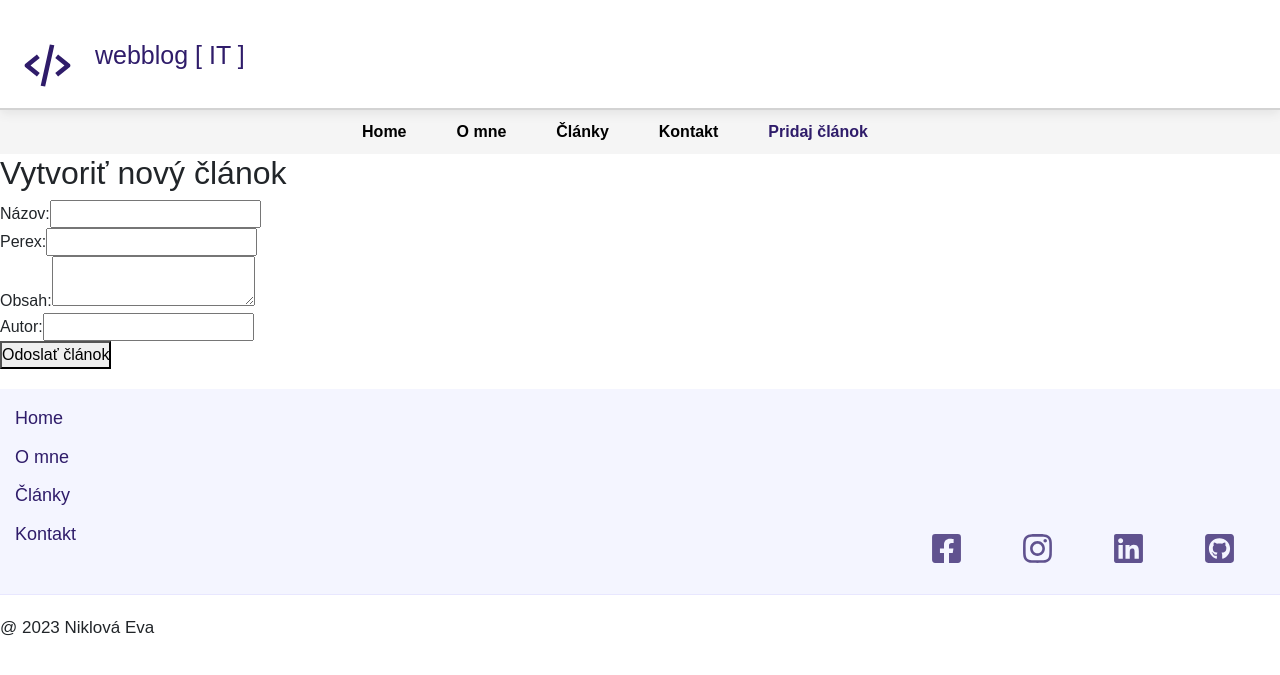
Repository: eniklova/github-bl
Page: /newarticel
An editor plug-in stored every save of this project. The page is shown before and after the next save, followed by the edit.
The browser window is 1280 px wide. The pictures show the whole page.
Some web fonts or font styles are not loaded; a fallback is used. The project was rebuilt for these pictures with package versions that can differ from the ones it lists, and the page was loaded fresh each time. Also part of the build but not shown: src/components/ArticleList.js, src/components/HeroSlider.css, src/components/HeroSlider.js, src/pages/Home.js, src/pages/Aboutme.js, src/pages/Articles.js, src/pages/Kontakt.js, src/pages/Error.js.

Above is the page before, as saved 2023-10-19 10:14:10.

### public/index.html
<!DOCTYPE html>
<html lang="cs">
<head>
    <meta charset="UTF-8">
    <meta http-equiv="X-UA-Compatible" content="IE=edge">
    <meta name="viewport" content="width=device-width, initial-scale=1.0">
    <link rel="stylesheet" href="https://use.typekit.net/ovu8btr.css">
    <title>Document</title>
</head>
<body>
    <div id="result">

    </div>
</body>
</html>

### src/index.js
import { createRoot } from 'react-dom/client';
import 'bootstrap/dist/css/bootstrap.min.css';

import './index.css';
import App from './App';


const container = document.getElementById('result')
const root = createRoot(container)
root.render(<App tab="home" />)

### src/App.js
import {BrowserRouter, Routes, Route} from "react-router-dom"
import Home from "./pages/Home"
import Aboutme from "./pages/Aboutme"
import Articles from "./pages/Articles"
import Kontakt from "./pages/Kontakt"
import Error from "./pages/Error"
import NewArticel from "./pages/NewArticel"
import SharedLayout from "./pages/SharedLayout"
import ArticleList from "./components/ArticleList"



const App = () =>  {
  return  <BrowserRouter>
    <Routes>

      <Route path="/" element={ <SharedLayout /> } >
        <Route index element={ <Home /> }  />
        <Route path="/aboutme" element={ <Aboutme /> } />
        <Route path="/articles" element={ <Articles />} />
        <Route path="/all-articles/:articleID" element={ <ArticleList />} />
        <Route path="/kontakt" element={ <Kontakt />} />
        <Route path="/newarticel" element={ <NewArticel />} />

        <Route path="*" element={ <Error /> }/>
      </Route>

    </Routes>
  </BrowserRouter>
}

export default App

### src/pages/NewArticel.js
import React from 'react';
import ArticleForm from '../components/ArticleForm';

function NewArticle() {
  return (
    <div>
      <ArticleForm/>
    </div>
  );
}

export default NewArticle;

### src/pages/SharedLayout.js
import { Outlet } from "react-router-dom";
import Navbar from "../components/Navbar";
import Footer from "../components/Footer";


const SharedLayout = () => {
  return <>
        <Navbar/>
        <Outlet/>
        <Footer/>
    </>
 }

export default SharedLayout

### src/components/ArticleForm.js
import React, { useState } from "react";
import { createArticle } from "../services/api";
import { syncArticleWithCategories } from "../services/api";

function ArticleForm() {
  const initialFormData = {
    title: "",
    perex: "",
    content: "",
    author: "",
  };
  const [formData, setFormData] = useState({ ...initialFormData });
  const [submitMessage, setSubmitMessage] = useState("");
  const [isSubmitted, setIsSubmitted] = useState(false);

  const handleChange = (e) => {
    const { name, value } = e.target;
    setFormData({
      ...formData,
      [name]: value,
    });
  };

  const handleSubmit = async (e) => {
    e.preventDefault();

    console.log("Dáta z formulára:", formData);

    try {
      const createdArticle = await createArticle(formData);
      setSubmitMessage("Článok bol úspešne odoslaný!");
      setIsSubmitted(true);
      setFormData({ ...initialFormData });

      // Teraz môžete synchronizovať článok s konkrétnymi kategóriami
      const articleId = createdArticle.id;
      const categoryIds = [1, 2, 3];  // Zmeňte podľa vašich potrieb
      await syncArticleWithCategories(articleId, categoryIds);
    } catch (error) {
      console.error("Chyba pri vytváraní článku:", error);
      setSubmitMessage("Chyba pri odosielaní článku");
    }
  }

  return (
    <div>
      <h2>Vytvoriť nový článok</h2>
      <form onSubmit={handleSubmit}>
        <div>
          <label htmlFor="title">Názov:</label>
          <input
            type="text"
            id="title"
            name="title"
            value={formData.title}
            onChange={handleChange}
          />
        </div>
        <div>
          <label htmlFor="perex">Perex:</label>
          <input
            type="text"
            id="perex"
            name="perex"
            value={formData.perex}
            onChange={handleChange}
          />
        </div>
        <div>
          <label htmlFor="content">Obsah:</label>
          <textarea
            id="content"
            name="content"
            value={formData.content}
            onChange={handleChange}
          />
        </div>
        <div>
          <label htmlFor="author">Autor:</label>
          <input
            type="text"
            id="author"
            name="author"
            value={formData.author}
            onChange={handleChange}
          />
        </div>

        {isSubmitted ? null : (
          <button type="submit">Odoslať článok</button>
        )}
      </form>

      {submitMessage && <p>{submitMessage}</p>}
    </div>
  );
}

export default ArticleForm;

### src/components/Navbar.js
import { NavLink } from "react-router-dom";
import { GiHamburgerMenu } from "react-icons/gi";
import { BiCodeAlt } from "react-icons/bi";
import "./Navbar.css";
import { useState } from "react";

const Navbar = () => {
  const [ showMenu, setShowMenu ] = useState(false)



  return (
    <header className="header">
      <div className="navigation">
        <div className="nav-header">
          <i className="logo-icon">
            <BiCodeAlt />
          </i>
          <h1 className="logo-title">
            <a href="/" rel="home">webblog [ IT ]</a>
          </h1>
          <button onClick={() => setShowMenu(!showMenu) }>
            <GiHamburgerMenu className="hamburger-icon" />
          </button>
        </div>
      </div>

      <div className={`${showMenu ? "nav-menu show" : "nav-menu hide"}`}>

        <NavLink to="/" className={ ({isActive}) => isActive ? "activeLink link" : "nonactiveLink link"}>Home</NavLink>
        <NavLink to="aboutme" className={ ({isActive}) => isActive ? "activeLink link" : "nonactiveLink link"}>O mne</NavLink>
        <NavLink to="articles" className={ ({isActive}) => isActive ? "activeLink link" : "nonactiveLink link"}>Články</NavLink>
        <NavLink to="kontakt" className={ ({isActive}) => isActive ? "activeLink link" : "nonactiveLink link"}>Kontakt</NavLink>
        <NavLink to="newarticel" className={ ({isActive}) => isActive ? "activeLink link" : "nonactiveLink link"}>Pridaj článok</NavLink>
      </div>
    </header>
  );
}

export default Navbar;

### src/components/Footer.js
import "./Footer.css"
import { NavLink } from "react-router-dom";
import { FaFacebookSquare, FaGithubSquare, FaInstagram, FaLinkedin } from 'react-icons/fa';





const Footer = () => {
    return <footer>
    <section className="footer">
        <div className="social">
        <a href="https://www.facebook.com/niklova/"><FaFacebookSquare className="icon-facebook"></FaFacebookSquare></a>
        <a href="https://www.instagram.com/e.nial/"><FaInstagram className="icon-instagram"></FaInstagram></a>
        <a href="https://www.linkedin.com/in/eva-niklov%C3%A1-b4b381272/"><FaLinkedin className="icon-linkedin"></FaLinkedin></a>
        <a href="https://github.com/eniklova"><FaGithubSquare className="icon-github"></FaGithubSquare></a>
      </div>

      <ul className="list">
          <li>
            <NavLink to="/">Home</NavLink>
          </li>
          <li>
            <NavLink to="aboutme">O mne</NavLink>
          </li>
          <li>
            <NavLink to="articles">Články</NavLink>
          </li>
          <li>
            <NavLink to="aboutme">Kontakt</NavLink>
          </li>

        </ul>

    </section>

    <p className="copyright">
    @ 2023  Niklová Eva
    </p>
    </footer>


  }


export default Footer;

### src/services/api.js
// api.js
import axios from "axios";

const BASE_URL = "https://test-api-79d35.ondigitalocean.app/article";

export const getArticles = async (perPage, categoryId, page) => {
  const URL = `${BASE_URL}?per_page=${perPage}&category_id=${categoryId}&page=${page}`;

  try {
    const response = await axios.get(URL, {
      headers: {
        "Content-Type": "application/json",
        Accept: "application/json",
      },
    });

    return response.data;
  } catch (error) {
    console.error("Chyba při získávání článků:", error);
    throw error;
  }
};

export const createArticle = async (articleData) => {
  const URL = `${BASE_URL}`;

  try {
    if (!articleData.title || !articleData.perex || !articleData.content || !articleData.author) {
      throw new Error("Všechna pole jsou povinná.");
    }

    const response = await axios.post(URL, articleData, {
      headers: {
        "Content-Type": "application/json",
        Accept: "application/json",
      },
    });

    return response.data;
  } catch (error) {
    console.error("Chyba při vytváření článku:", error);
    throw error;
  }
};

export const syncArticleWithCategories = async (articleId, categoryIds) => {
  const URL = `${BASE_URL}/article/${articleId}/category-sync`;
  const data = { category_ids: categoryIds }; // Definujeme kategorie, do kterých chceme článek zařadit

  try {
    const response = await axios.put(URL, data, {
      headers: {
        "Content-Type": "application/json",
        Accept: "application/json",
      },
    });

    return response.data;
  } catch (error) {
    console.error("Chyba při synchronizaci článku s kategoriemi:", error);
    throw error;
  }
};

### src/components/Navbar.css
* {
    margin: 0;
    padding: 0;
    box-sizing: border-box;
    font-family: "muli", sans-serif;
    font-style: normal;
  }

  /* Do 700px */
  nav {
    background-color: white;
  }

  .navigation {
    display: flex;
    flex-direction: row;
    justify-content: space-between;
    align-items: center;
    box-shadow: 0 4px 10px rgba(0, 0, 0, 0.08);
    border-bottom: 2px solid #0000002c;
    }

  .nav-header {
    display: flex;
    flex-direction: row;
    justify-content: space-between;
    align-items: center;
    min-height: 70px;
  }

  .logo-icon {
    font-size: 55px;
    padding: 5px;
    color: #2F1C6A;
    margin: 15px 0px 0px 15px;
  }

  .logo-title a {
    margin: 25px 10px 15px 10px;
    font-size: 25px;
    padding: 5px;
    color: #2F1C6A;
    text-decoration: none;
  }

  .nav-header button {
    display: none;
  }

  .nav-menu {
    display: flex;
    background-color: rgba(169, 169, 169, 0.119);
    flex-direction: row;
    justify-content: center;
    align-items: center;
    padding: 10px;
  }

  .nav-menu a {
    margin-right: 50px;
    font-family: "muli", sans-serif;
    font-weight: bold;
    text-decoration: none;
    }

  .activeLink {
    color: #2F1C6A;
  }


  .nonactiveLink {
    color: black
  }


  @media (max-width: 700px) {
    .navigation {
      flex-direction: column;
      justify-content: center;
      align-items: flex-start;
    }

    .nav-menu {
      width: 100%;
      padding: 10px 5px;
      flex-direction: column;
    }

    .nav-menu a {
      width: 100%;
      margin-right: 0;
      margin-bottom: 10px;
    }

    .nav-header button {
      display: block;
      background-color: transparent;
      border: none;
    }

    .nav-header {
      width: 100%;
    }

    .hamburger-icon {
      color: #301c6a61;
      font-size: 25px;
      margin-right: 20px;
    }

  .hide {
  height: 0px;
  overflow: hidden;
  transition: all 0.1s linear;
  }

  .show {
    height: 150px;
    transition: all 0.1s linear;
  }
  }

### src/components/Footer.css


.footer {
    padding: 25px 0;
    margin-top: 20px;
    background-color: #f4f5ff;
    display: flex;
    justify-content: space-between;
    align-items: flex-end;
    position: relative;
}

.footer .social {
    position: absolute;
    transition: height 600ms ease 0s;
    overflow: hidden;
    max-width: 600px;
    text-align: right;
    padding-bottom: 15px;
    color: #2F1C6A;
    right: 15px;
    bottom: 15px;
}

.footer .social a {
    font-size: 33px;
    color: inherit;
    width: 35px;
    height: 20px;
    line-height: 30px;
    display: inline-block;
    text-align: center;
    margin: 0 28px;
    opacity: 0.75;
}

.footer .social a:hover {
    opacity: 1.75;
}

.footer ul {
    margin-top: 0;
    padding: 0;
    list-style: none;
    font-size: 18px;
    line-height: 1.6;
    margin-bottom: 0;
    text-align: left;
    color: #2F1C6A;
    position: relative;
    left: 15px;
    bottom: 15px;
}

.footer ul li a {
    color: inherit;
    text-decoration: none;
    opacity: 1.75;
}

.footer ul li {
    display: block;
    padding: 5px 0;
}

.footer ul li a:hover {
    opacity: 1;
}

.copyright {
    text-align: center;
    font-size: 17px;
    display: flex;
    flex-wrap: wrap;
    border-top: solid 1px rgba(140, 133, 255, 0.2);
    padding: 20px 0;
    justify-content: space-between;
}

Loaded but not shown: src/index.css (common file)

After the next save:
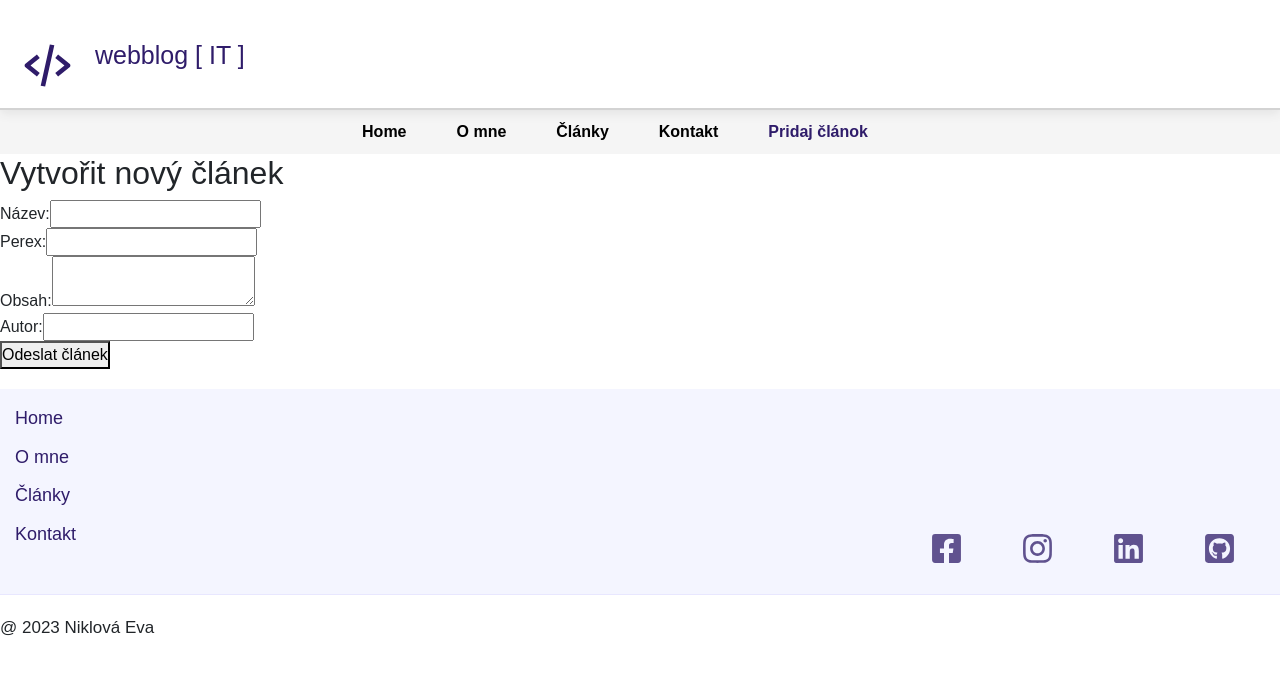
Saved 103 s later.
--- a/src/components/ArticleForm.js
+++ b/src/components/ArticleForm.js
@@ -1,6 +1,6 @@
+// ArticleForm.js
 import React, { useState } from "react";
-import { createArticle } from "../services/api";
-import { syncArticleWithCategories } from "../services/api";
+import { createArticle, syncArticleWithCategories } from "../services/api";
 
 function ArticleForm() {
   const initialFormData = {
@@ -24,30 +24,28 @@ function ArticleForm() {
   const handleSubmit = async (e) => {
     e.preventDefault();
 
-    console.log("Dáta z formulára:", formData);
-
     try {
       const createdArticle = await createArticle(formData);
-      setSubmitMessage("Článok bol úspešne odoslaný!");
+      setSubmitMessage("Článek byl úspěšně odeslán!");
       setIsSubmitted(true);
       setFormData({ ...initialFormData });
 
-      // Teraz môžete synchronizovať článok s konkrétnymi kategóriami
+      // Synchronizace článku s konkrétními kategoriemi
       const articleId = createdArticle.id;
-      const categoryIds = [1, 2, 3];  // Zmeňte podľa vašich potrieb
+      const categoryIds = [1, 2, 3]; // Změňte podle vašich potřeb
       await syncArticleWithCategories(articleId, categoryIds);
     } catch (error) {
-      console.error("Chyba pri vytváraní článku:", error);
-      setSubmitMessage("Chyba pri odosielaní článku");
+      console.error("Chyba při vytváření článku:", error);
+      setSubmitMessage("Chyba při odesílání článku");
     }
   }
 
   return (
     <div>
-      <h2>Vytvoriť nový článok</h2>
+      <h2>Vytvořit nový článek</h2>
       <form onSubmit={handleSubmit}>
         <div>
-          <label htmlFor="title">Názov:</label>
+          <label htmlFor="title">Název:</label>
           <input
             type="text"
             id="title"
@@ -87,7 +85,7 @@ function ArticleForm() {
         </div>
 
         {isSubmitted ? null : (
-          <button type="submit">Odoslať článok</button>
+          <button type="submit">Odeslat článek</button>
         )}
       </form>
 
